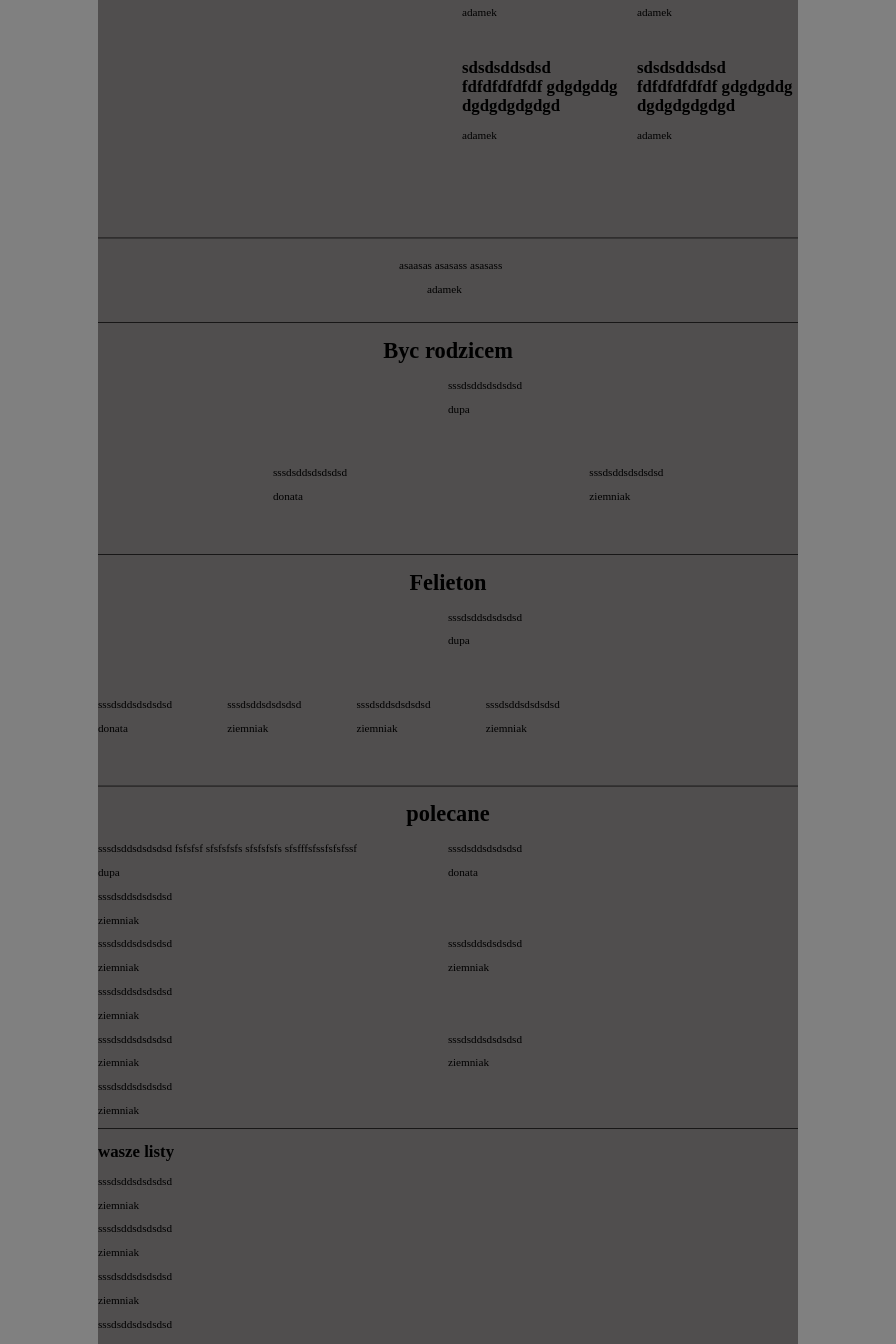
Repository: kq333/pitupitu.pl
Page: index.html
The author's editor kept a copy of each file at every save. The page is drawn from the files as they stood at one save, then again after the next save.
The browser window is 1280 px wide. The pictures show the part of the page from y = 678 to 2598 px (the page is 2629 px tall), at 70% of full size.
The style sheet was rebuilt from its Sass, Less or Tailwind sources for each picture, by a compiler version that may differ from the author's.

Above is the page before, as saved 2020-11-04 11:33:28.

After the next save:
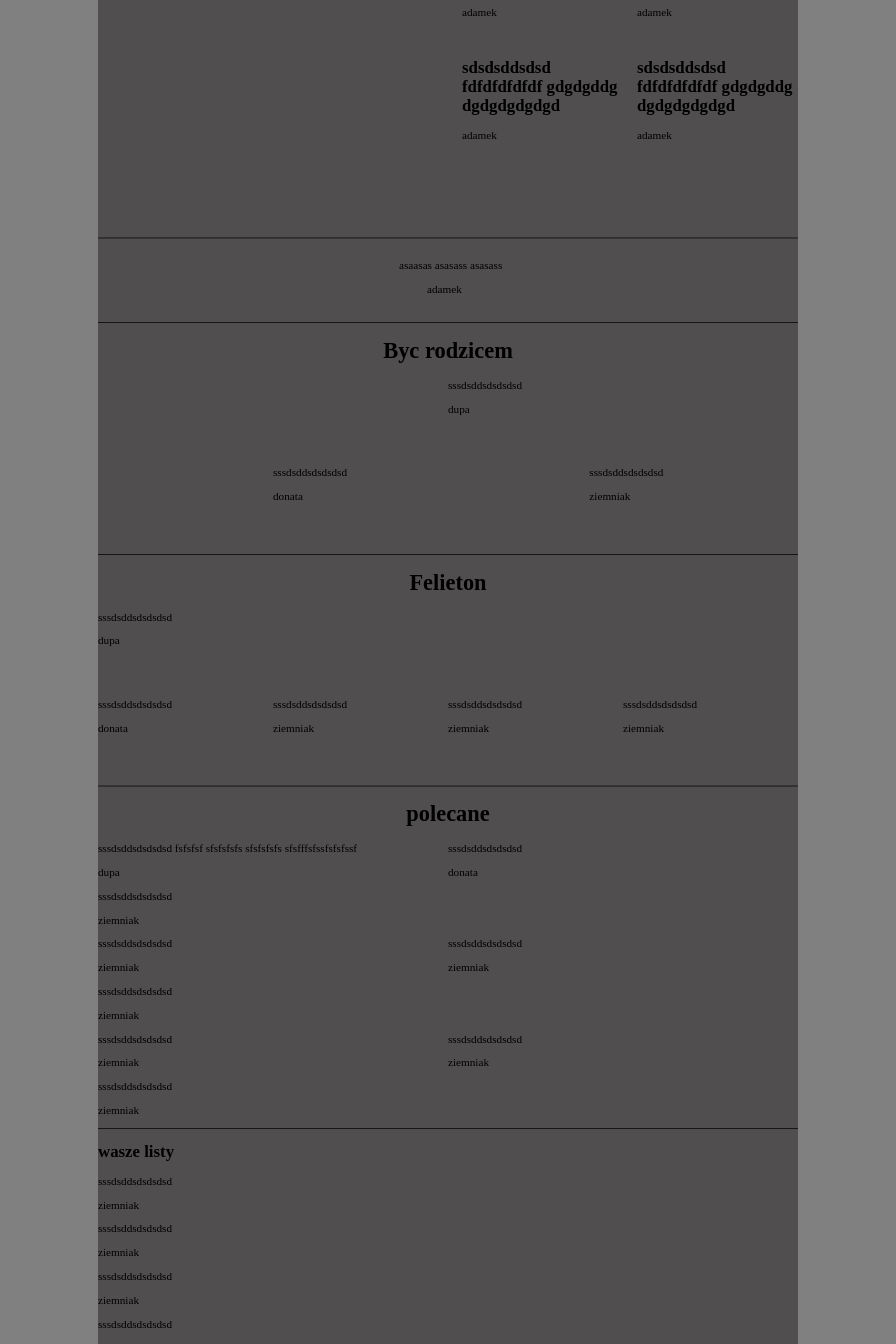
Saved 2 min 27 s later.
--- a/style/style.scss
+++ b/style/style.scss
@@ -120,28 +120,30 @@ body{
     border-bottom: 1px solid black;
     display:grid;
     grid-template-columns: auto auto auto;
+    grid-template-areas: "art13 art13 art13 art13"
+                         " art14 art15 art16 art17"   ;
 
     .art13{
 
-        grid-column: 1 /span 5;
-        margin-left: 500px;
+        grid-area: art13;
+
 
             }
     .art14{
-
+        grid-area: art14;
 
      }
 
     .art15{
-
+        grid-area: art15;
      }
 
      .art16{
-
+        grid-area: art16;
      }
 
      .art17{
-
+        grid-area: art17;
      }
 
     h1{
